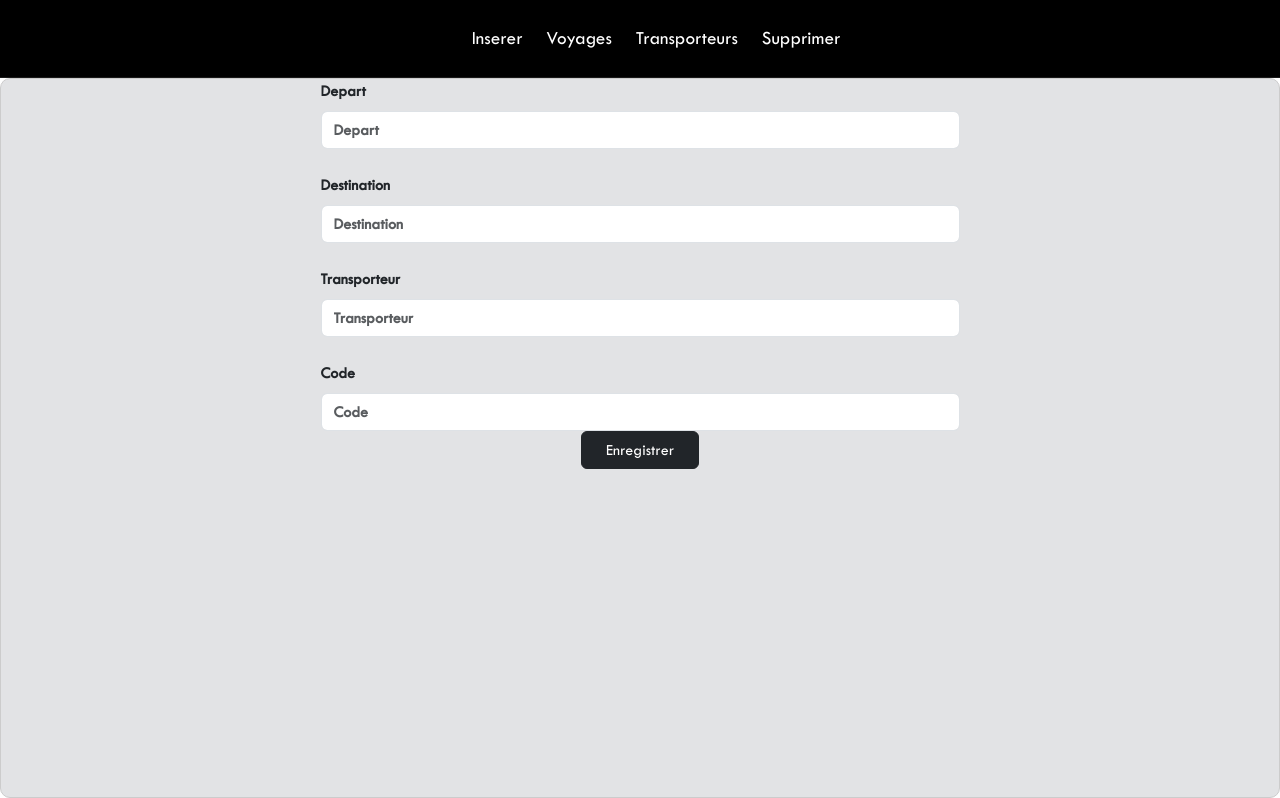
Repository: padevft/examen1-php
Page: http://localhost/
An editor plug-in stored every save of this project. The page is shown before and after the next save, followed by the edit.
The browser window is 1280 px wide. The pictures show the whole page.
The page is run by PHP 8.4 with error messages shown; the project is at /var/www/html/.

Above is the page before, as saved 2023-10-10 22:27:49.

After the next save:
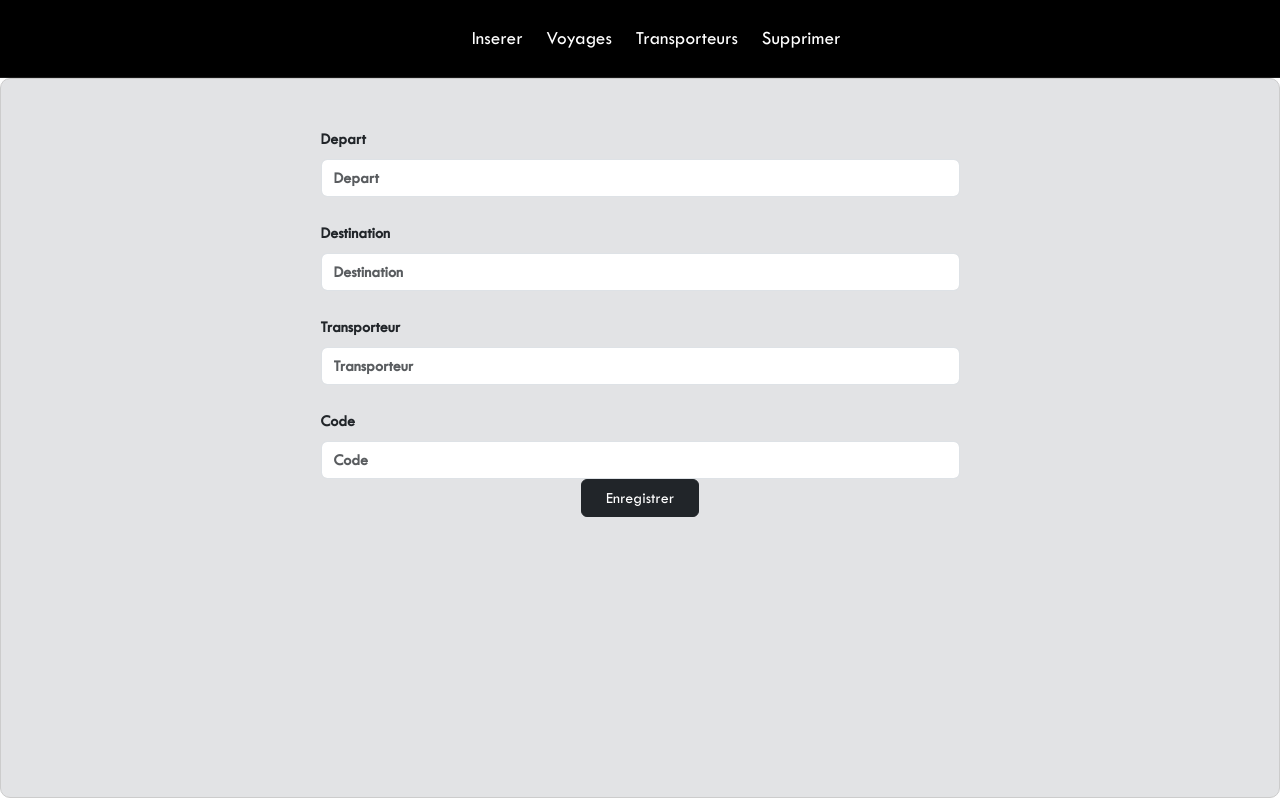
Saved 22 s later.
--- a/index.php
+++ b/index.php
@@ -27,7 +27,7 @@
   </header>
   <main>
       <form action="../membre/controleurMembre.php" method="post">
-          <div class="container-form bg-secondary-subtle">
+          <div class="container-form bg-secondary-subtle pt-5">
               <div class="d-flex flex-column align-items-center gap-4">
                   <div class="d-flex col-12 col-md-6 flex-column gap-2">
                       <label for="depart" class="fw-semibold">Depart</label>
